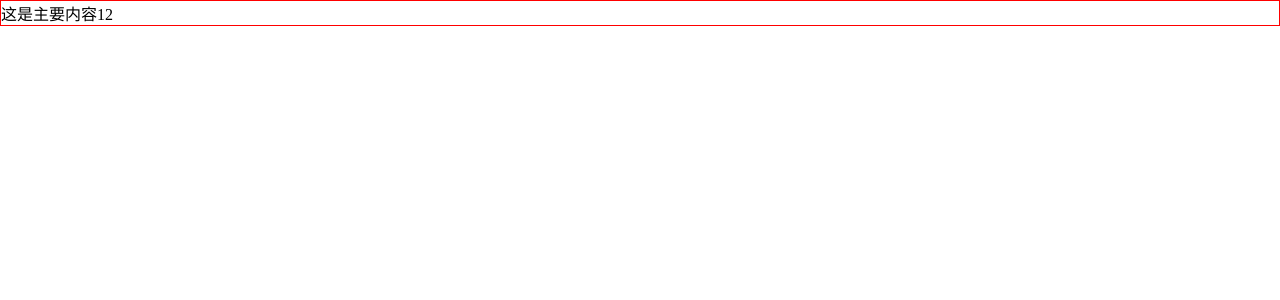
Repository: dydoit/vueCli3-proj
Page: /
These files come from the project's save history. The page is drawn as it stood at one moment and after the next save; the edit follows.
The browser window is 1280 px wide. The pictures show the whole page.
The project was rebuilt for these pictures with package versions that can differ from the ones it lists, and the page was loaded fresh each time. Also part of the build but not shown: vue.config.js, src/styles/index.styl.

Above is the page before, as saved 2020-11-10 15:16:35.

### src/main.js
import Vue from 'vue'
import App from './App.vue'
import router from "./router";
import ElementUI from 'element-ui';
import 'element-ui/lib/theme-chalk/index.css';
import '@/styles/index.styl'
Vue.config.productionTip = false
Vue.use(ElementUI);
console.log(router)
new Vue({
  router,
  render: h => h(App),
}).$mount('#app')

### src/App.vue
<template>
  <div id="app">
    <router-view />
  </div>
</template>

<script>
  export default {

  }
</script>

<style lang="stylus" scoped>

</style>

### src/router/index.js
import Vue from 'vue'
import VueRouter from 'vue-router'
import Home from "@/views/Home"
Vue.use(VueRouter);
const routes = [
    {
      path: '/',
      name: "Home",
      component: Home
    }
]
const router = new VueRouter({
    mode: "hash",
    base: process.env.BASE_URL,
    routes
})
export default router

### src/views/Home.vue
<template>
    <div>
        <!-- 主要内容 -->
        这是主要内容12
    </div>
</template>

<script>
    export default {

    }
</script>

<style lang="stylus" scoped>
    div
        border 1px solid red
</style>

Loaded but not shown: public/index.html (common file)

After the next save:
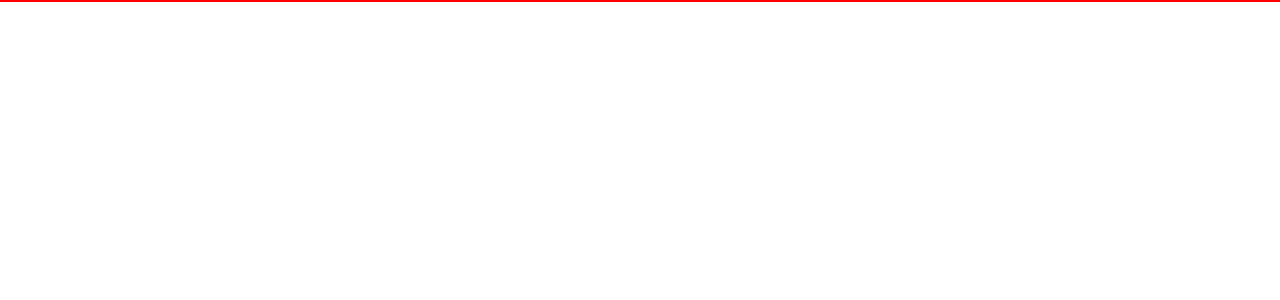
Saved 14 min 7 s later.
--- a/src/views/Home.vue
+++ b/src/views/Home.vue
@@ -1,7 +1,7 @@
 <template>
     <div>
         <!-- 主要内容 -->
-        这是主要内容12
+
     </div>
 </template>
 

After the save that followed:
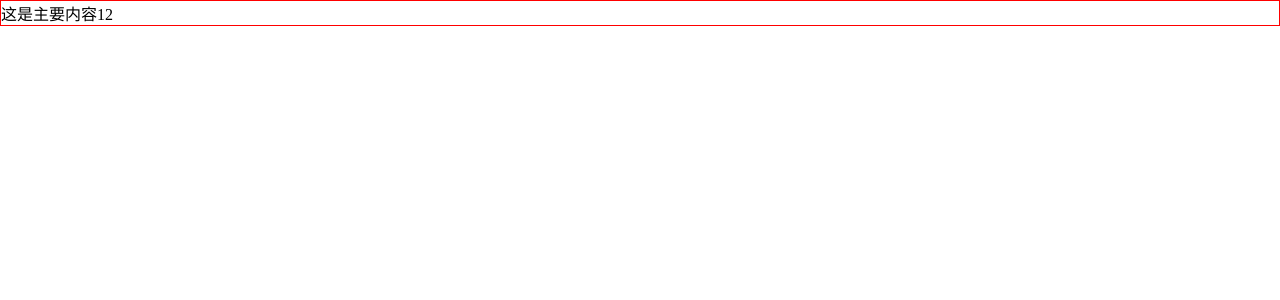
Saved 7 s later.
--- a/src/views/Home.vue
+++ b/src/views/Home.vue
@@ -1,7 +1,7 @@
 <template>
     <div>
         <!-- 主要内容 -->
-
+        这是主要内容12
     </div>
 </template>
 
